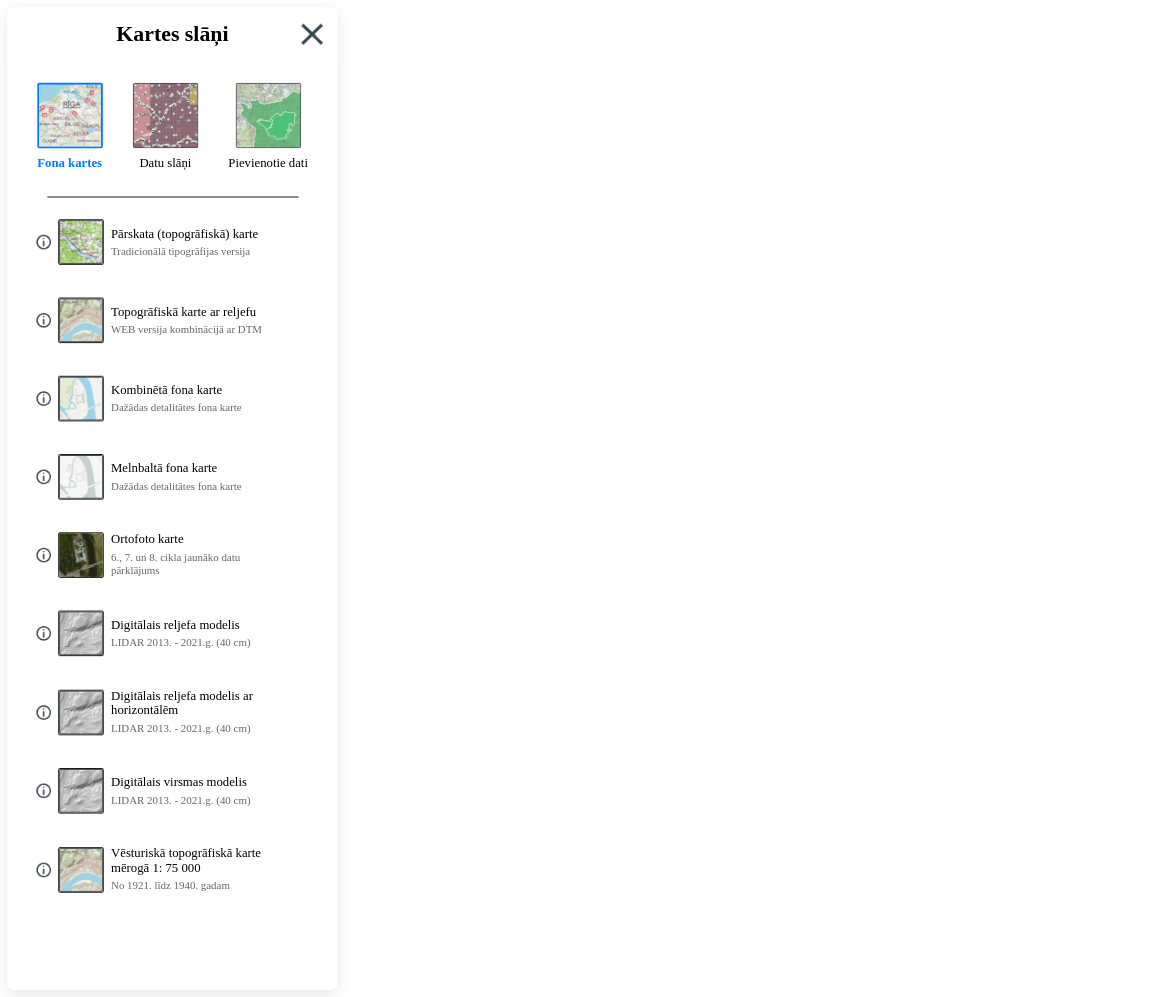
Repository: Kringelis/KP_kar-usl-i
Page: /
An editor plug-in stored every save of this project. The page is shown before and after the next save, followed by the edit.
The browser window is 1280 px wide. The pictures show the whole page, at 91% of full size.
The project was rebuilt for these pictures with package versions that can differ from the ones it lists, and the page was loaded fresh each time. Also part of the build but not shown: src/components/DatuSlani.scss, src/components/DatuSlani.jsx, src/components/PievienotieDati.scss, src/components/PievienotieDati.jsx, src/App.scss.

Above is the page before, as saved 2024-06-10 10:48:02.

After the next save:
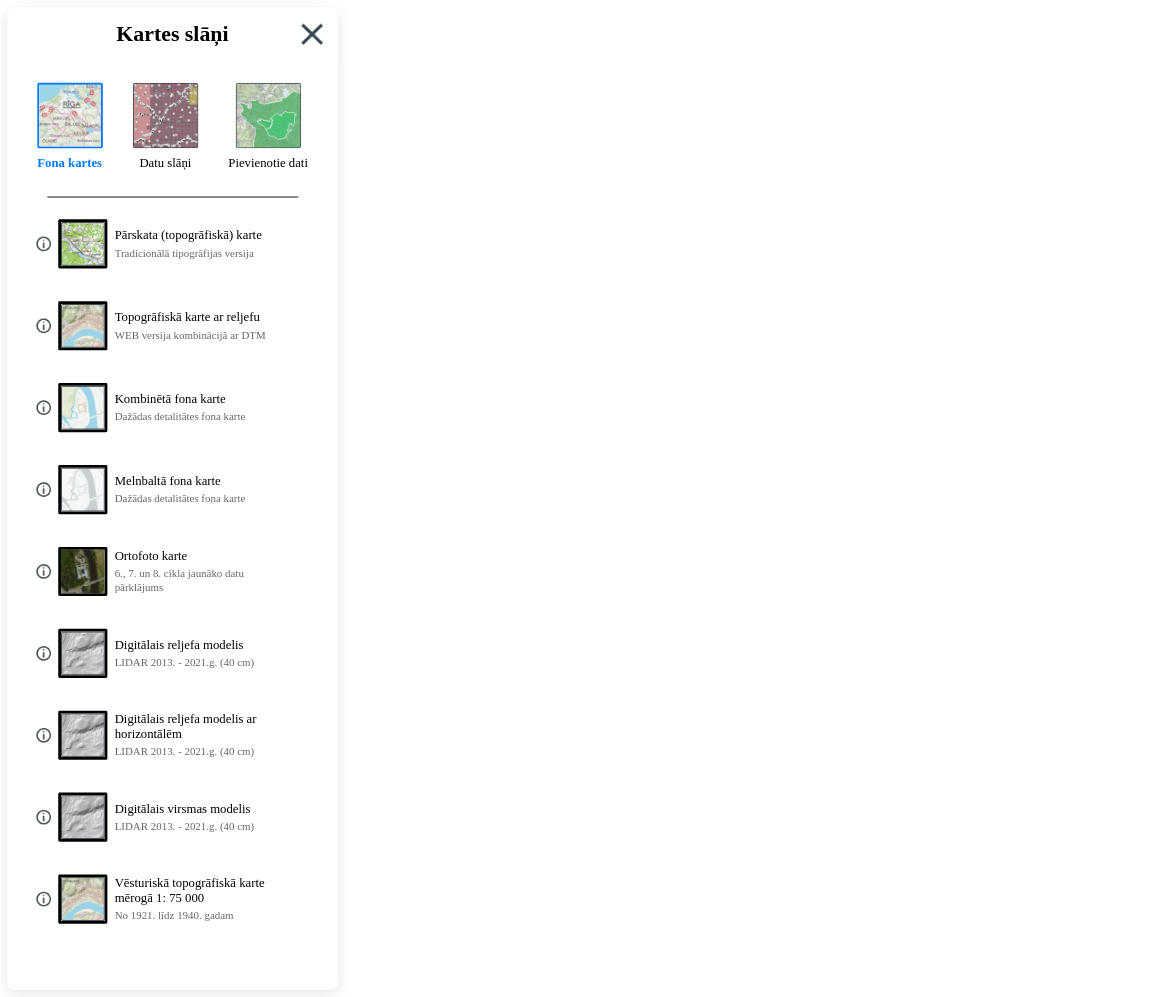
Saved 14 min 46 s later.
--- a/src/components/FonaKartes.scss
+++ b/src/components/FonaKartes.scss
@@ -43,7 +43,7 @@
     .item-square {
       width: 48px;
       height: 48px;
-      border: 1px solid #000;
+      border: 3px solid #000;
       border-radius: 3%;
       display: flex;
       align-items: center;

After the save that followed:
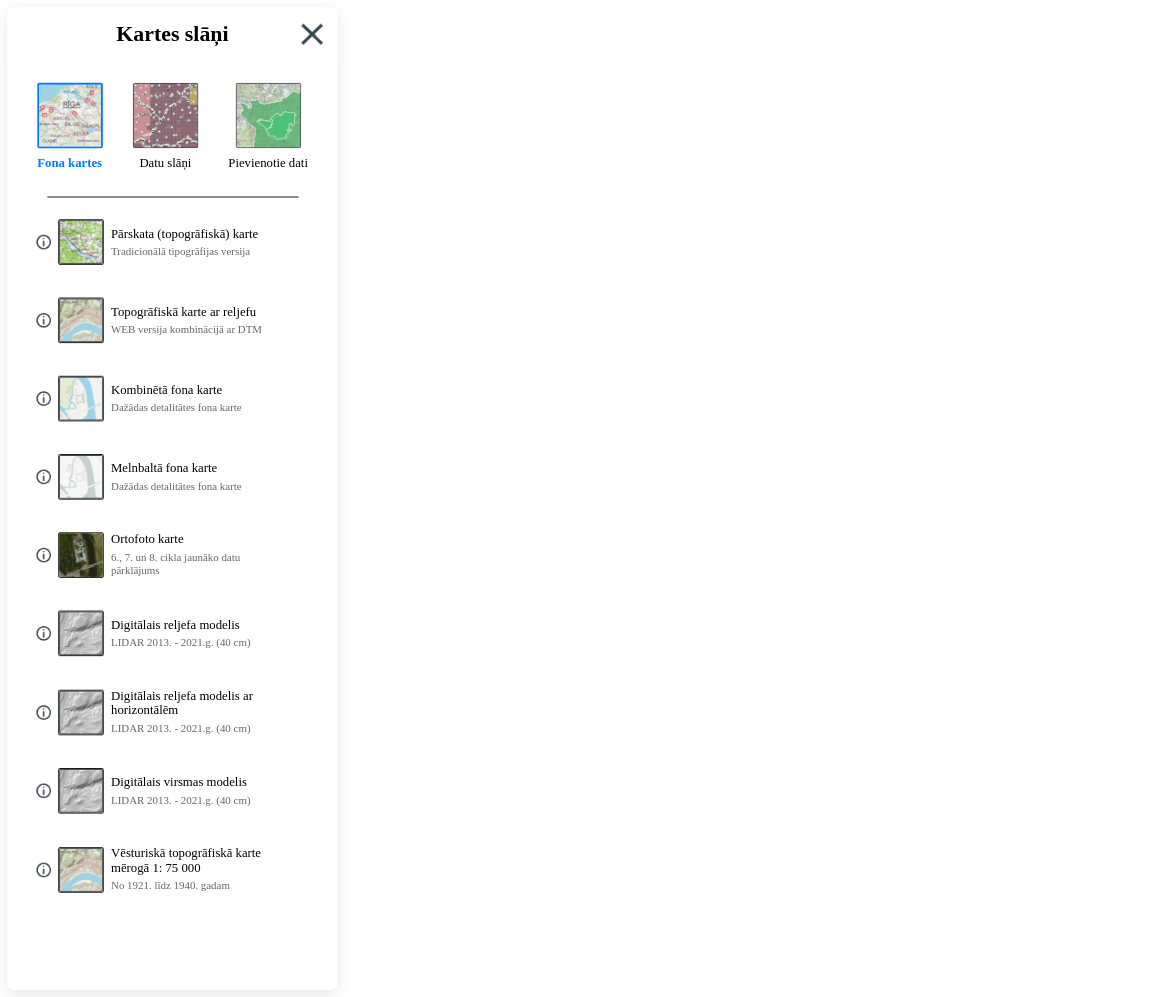
Saved 4 s later.
--- a/src/components/FonaKartes.scss
+++ b/src/components/FonaKartes.scss
@@ -43,7 +43,7 @@
     .item-square {
       width: 48px;
       height: 48px;
-      border: 3px solid #000;
+      border: 1px solid #000;
       border-radius: 3%;
       display: flex;
       align-items: center;
